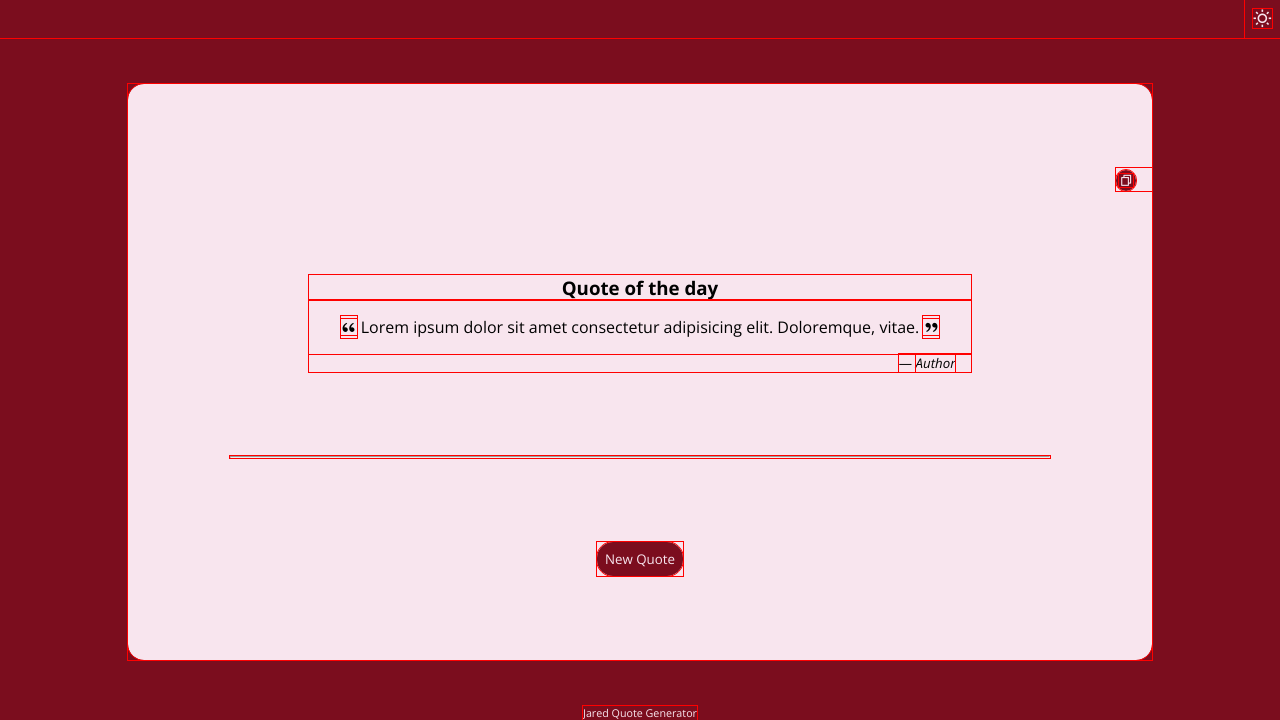
Repository: EguJaredoBoyd/Jared-Quote-Generator
Page: html/main.html
The author's editor kept a copy of each file at every save. The page is drawn from the files as they stood at one save, then again after the next save.
The browser window is 1280 px wide. The pictures show the whole page.
Some web libraries are served in a nearby version.

Above is the page before, as saved 2026-01-09 21:13:54.

After the next save:
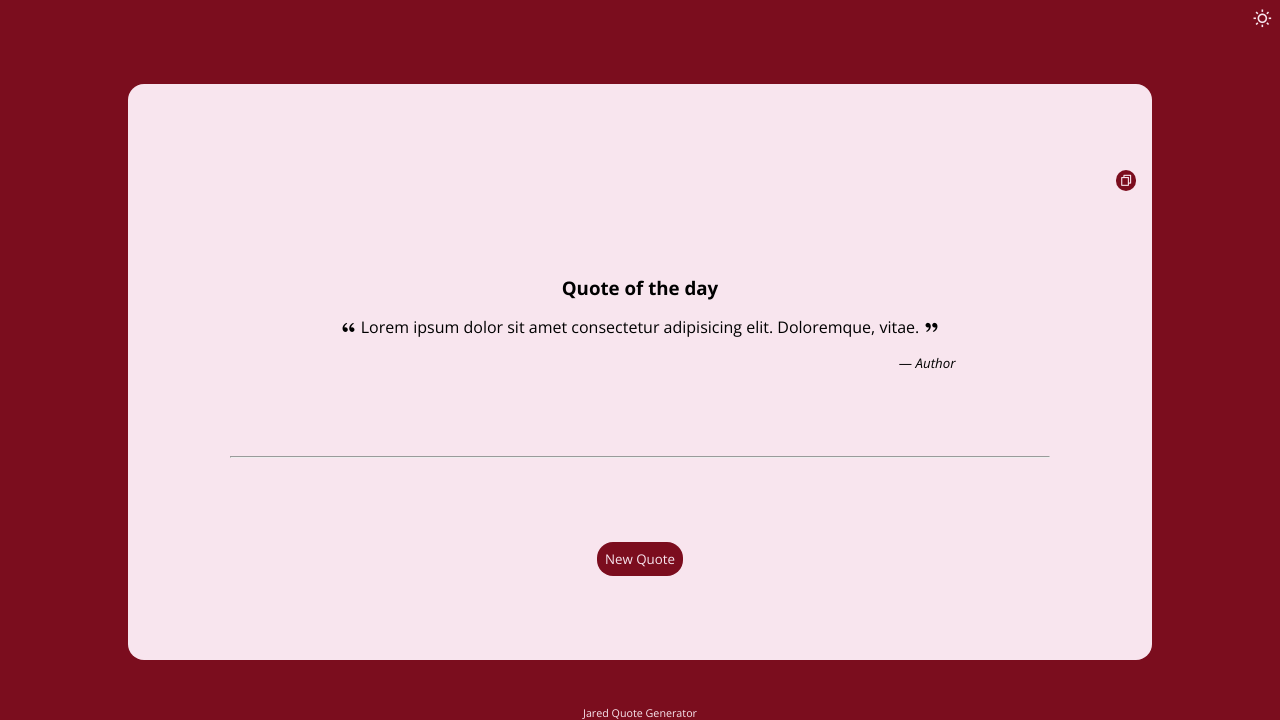
Saved 29 s later.
--- a/css/style.css
+++ b/css/style.css
@@ -3,7 +3,7 @@
   padding: 0;
   box-sizing: border-box;
 
-  outline: 1px solid red;
+  /* outline: 1px solid red; */
 }
 
 :root {
